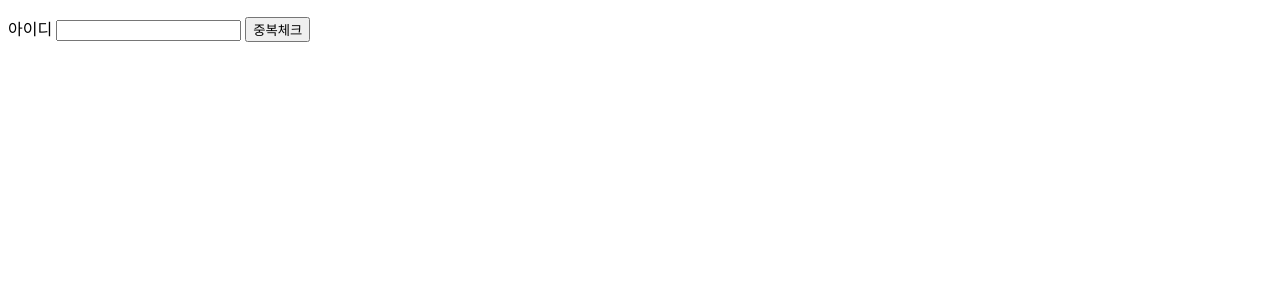
Repository: YERIN0531/SEOYERIN_WEBPRO
Page: gitSource/07_jQuery/jq02_ui/WebContent/1_get_post_ajax/1_get함수.html
The author's editor kept a copy of each file at every save. The page is drawn from the files as they stood at one save, then again after the next save.
The browser window is 1280 px wide. The pictures show the whole page.

Above is the page before, as saved 2022-06-21 08:49:51.

After the next save:
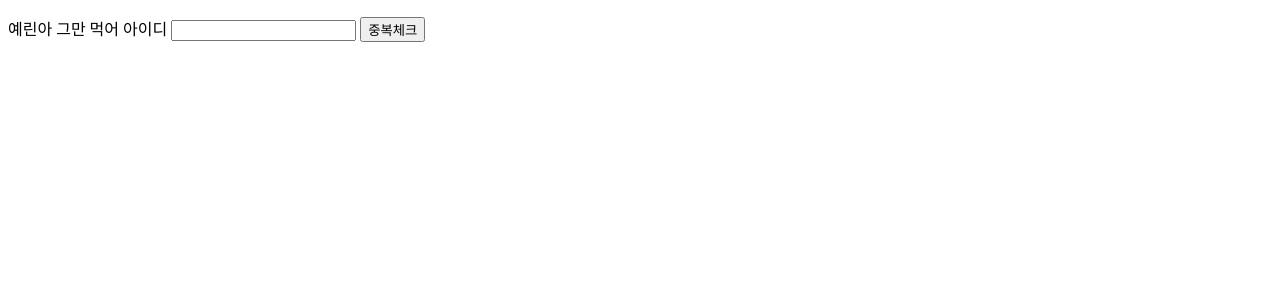
Saved 39 s later.
--- a/gitSource/07_jQuery/jq02_ui/WebContent/1_get_post_ajax/1_get함수.html
+++ b/gitSource/07_jQuery/jq02_ui/WebContent/1_get_post_ajax/1_get함수.html
@@ -8,7 +8,7 @@
 <script>
  $(document).ready(function(){
 	 $('button').click(function(){ // idConfirm.jsp?mId=aaa
-		 var mId = $('#mId').val();
+		 var mId = $('#mid').val();
 
 	 // 	 get 앞에는 요청경로를 써줘야 하고, 두번째 매개변수에는 콜백함수를 써줘야됨
 		/*
@@ -17,19 +17,31 @@
 			status : success / fail
 		});
 		*/
-	 	$.get('idConfirm.html?mId=' + mId, function(data, status){
+	 	$.get('idConfirm.jsp?mid=' + mId, function(data, status){
 	 		//status 가 success면 데이터를 result 안에 넣어라
 	 		if(status=='success'){
 	 			$('#result').html(data);
 	 		}
 	 	});
+	 }); // 버튼의 click 이벤트
+	 $('#mid').keyup(function(){
+		 var mid = $('#mid').val();
+		 if(mid.length<2){
+			 $('#result').html('id는 2글자 이상입니다');
+		 }else{
+			 $.get('idConfirm.jsp?mid='+mid, function(data, status){
+				 if(status=='success'){
+					 $('#result').html(data);
+				 }
+			 });
+		 }
 	 });
  });
  </script>
 </head>
 <body>
-	<p>
-	아이디 <input type="text" name="mId" id="mId">
+	<p> 예린아 그만 먹어
+	아이디 <input type="text" name="mid" id="mid">
 	<button>중복체크</button>
 	</p>
 	<span id="result"></span>
